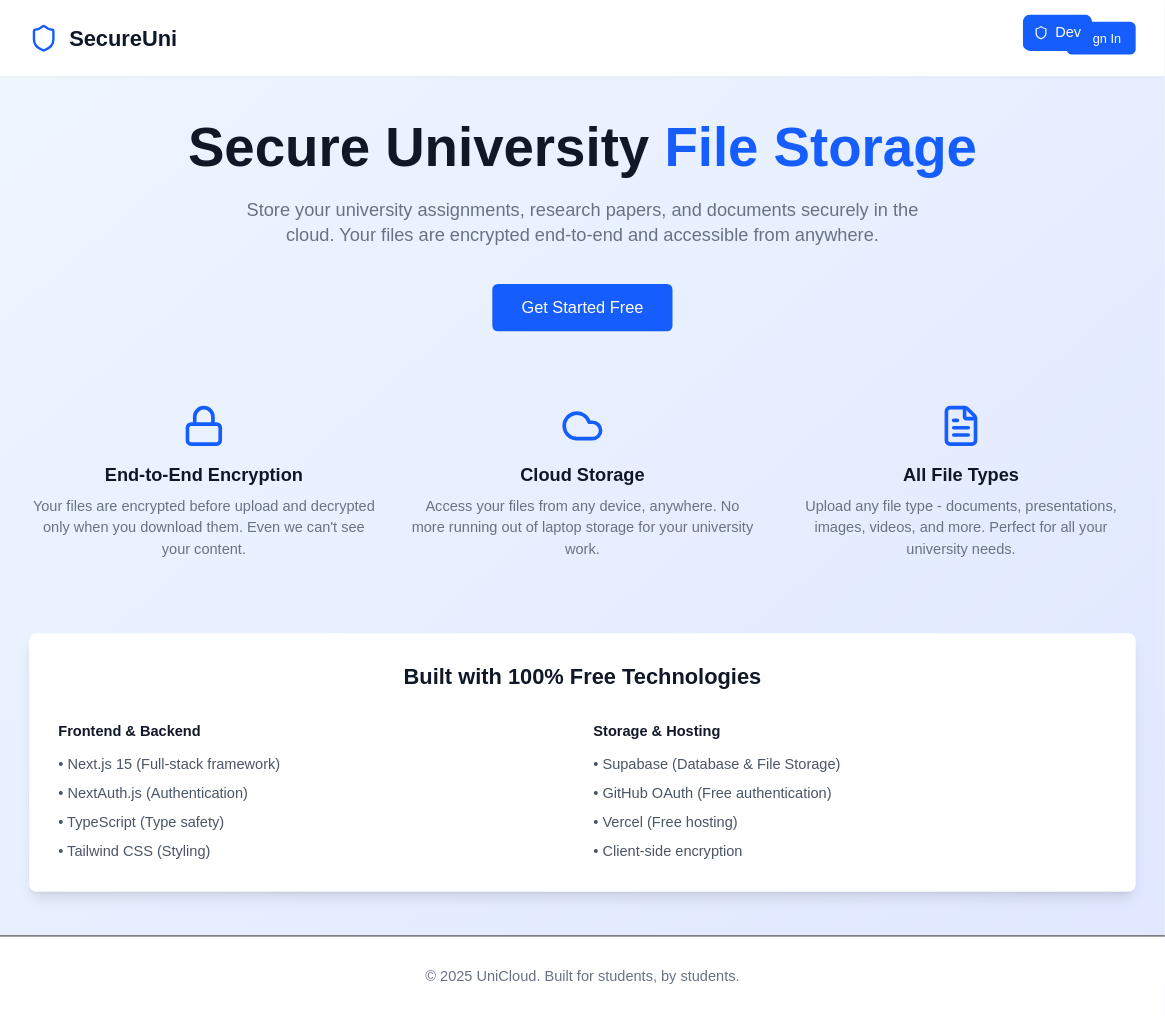
Repository: DiwanMalla/UniCloud
Page: /
An editor plug-in stored every save of this project. The page is shown before and after the next save, followed by the edit.
The browser window is 1280 px wide. The pictures show the whole page, at 91% of full size.
The page's requests for data from a server got no answer. The project was rebuilt for these pictures with package versions that can differ from the ones it lists, and the page was loaded fresh each time. The framework's server and built-in components were replaced by stand-ins that run in the browser. No one was signed in, and anything a server would have sent is missing. Also part of the build but not shown: next.config.ts.

Above is the page before, as saved 2025-08-31 16:01:09.

After the next save:
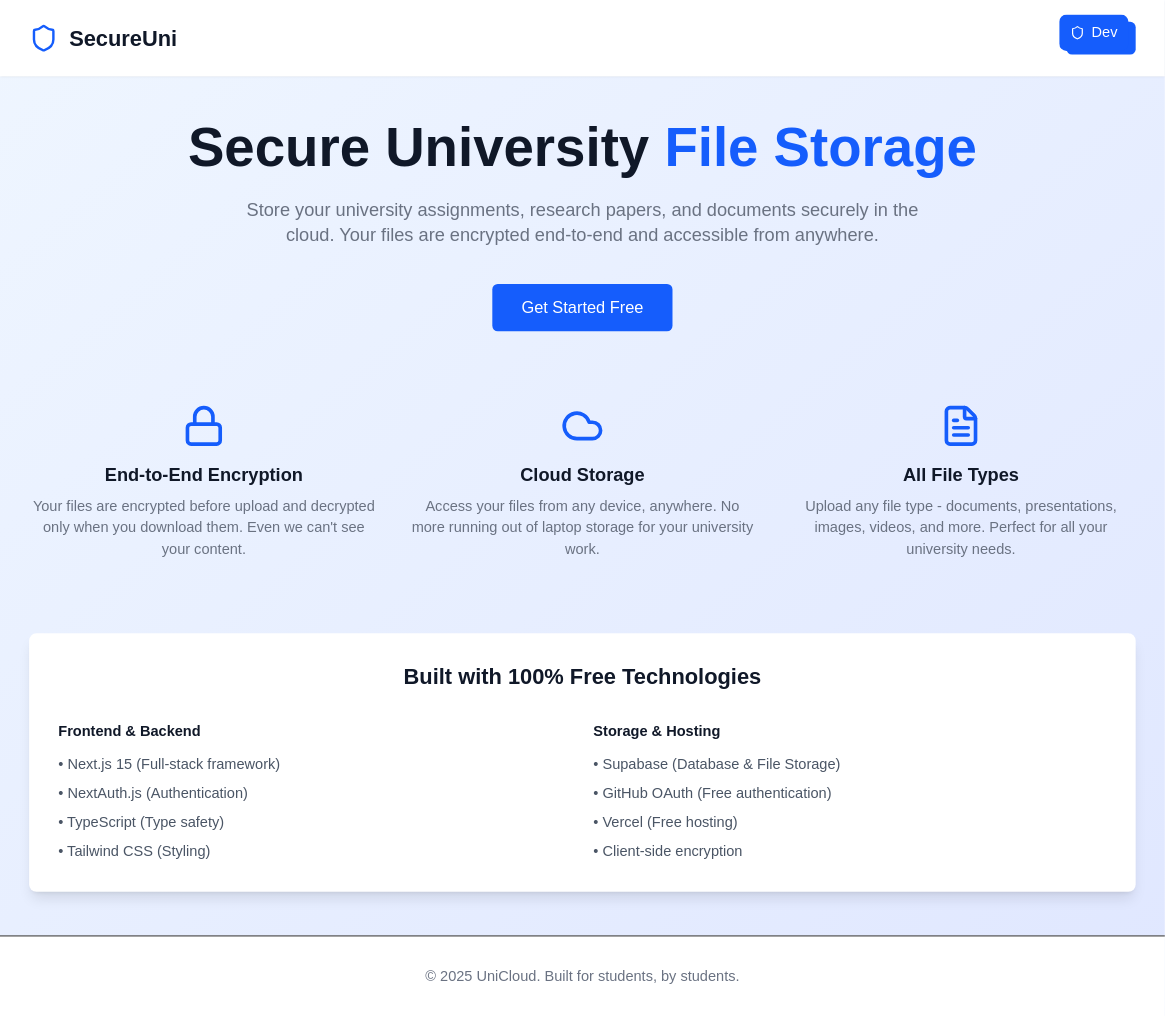
Saved 5 s later.
--- a/src/app/page.tsx
+++ b/src/app/page.tsx
@@ -37,7 +37,7 @@
       {/* Developer Button - Fixed Position */}
       <button
         onClick={() => setShowDeveloperModal(true)}
-        className="fixed top-4 right-20 bg-blue-600 hover:bg-blue-700 text-white px-3 py-2 rounded-lg transition-colors flex items-center gap-2 z-10"
+        className="fixed top-4 right-10 bg-blue-600 hover:bg-blue-700 text-white px-3 py-2 rounded-lg transition-colors flex items-center gap-2 z-10"
         title="Developer Info"
       >
         <Shield className="w-4 h-4" />
